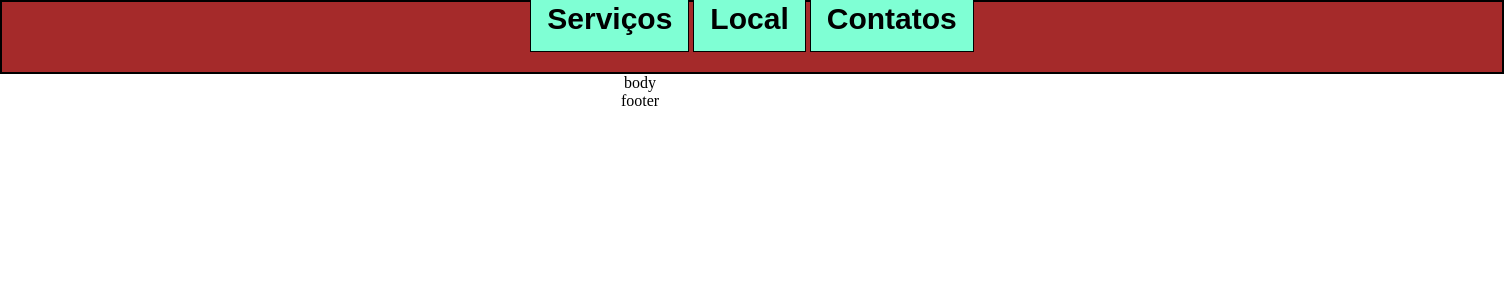
Repository: marllon-hetzler/Site-Salvatore-Barbearia
Page: home.html
The author's editor kept a copy of each file at every save. The page is drawn from the files as they stood at one save, then again after the next save.
The browser window is 1280 px wide. The page is 1504 px wide, so the pictures cover 1504 px, including what lies to the right of the window. The pictures show the whole page.

Above is the page before, as saved 2023-02-18 14:14:32.

After the next save:
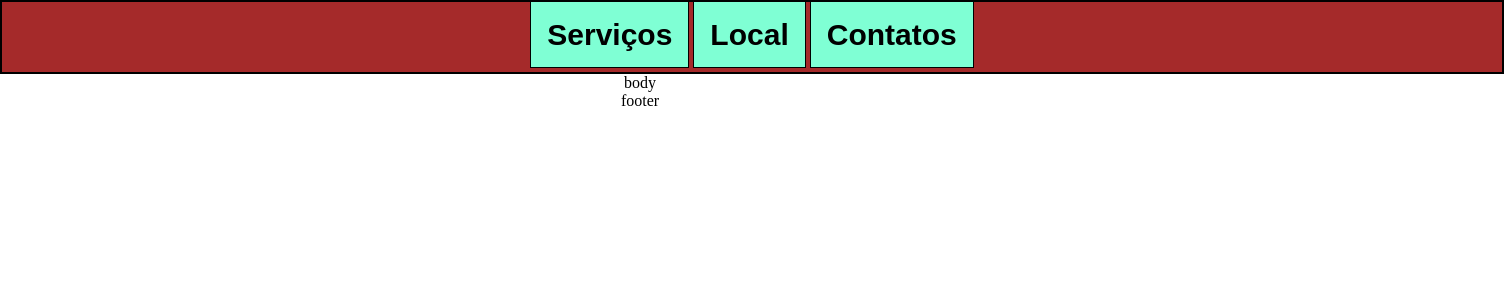
Saved 16 s later.
--- a/home.html
+++ b/home.html
@@ -40,6 +40,9 @@
         font-size: 30px;
         font-weight: bold;
     }
+    .links{
+        padding: 1rem;
+    }
 </style>
 
     <body id="body_p">
